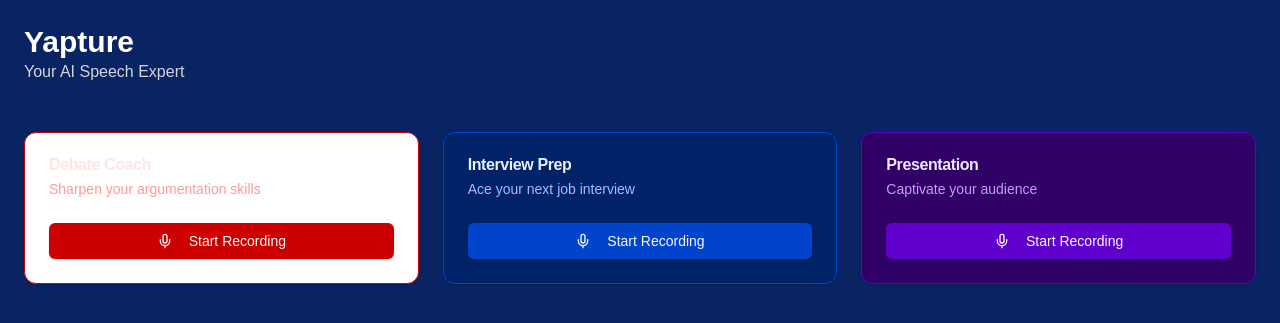
Repository: pghiasia/elevenlabs-hackathon
Page: /
An editor plug-in stored every save of this project. The page is shown before and after the next save, followed by the edit.
The browser window is 1280 px wide. The pictures show the whole page.
The project was rebuilt for these pictures with package versions that can differ from the ones it lists, and the page was loaded fresh each time. The framework's server and built-in components were replaced by stand-ins that run in the browser. Also part of the build but not shown: next.config.ts.

Above is the page before, as saved 2024-11-09 16:58:13.

### src/app/page.tsx
import { Button } from "@/components/ui/button"
import { Card, CardContent, CardDescription, CardHeader, CardTitle } from "@/components/ui/card"
import Link from "next/link"
import { Mic } from "lucide-react"

const categories = [
  {
    name: "Debate Coach",
    color: "red",
    description: "Sharpen your argumentation skills",
    bgColor: "#d8315b",
    borderColor: "border-red-700",
    textColor: "text-red-100",
    descColor: "text-red-300",
    buttonBg: "bg-red-700 hover:bg-red-600"
  },
  {
    name: "Interview Prep",
    color: "blue",
    description: "Ace your next job interview",
    bgColor: "bg-blue-900",
    borderColor: "border-blue-700",
    textColor: "text-blue-100",
    descColor: "text-blue-300",
    buttonBg: "bg-blue-700 hover:bg-blue-600"
  },
  {
    name: "Presentation",
    color: "purple",
    description: "Captivate your audience",
    bgColor: "bg-purple-900",
    borderColor: "border-purple-700",
    textColor: "text-purple-100",
    descColor: "text-purple-300",
    buttonBg: "bg-purple-700 hover:bg-purple-600"
  },
]

export default function Home() {
  return (
    <div className="min-h-screen bg-[#0a2463] text-white">
      <header className="p-6 bg-[#0a2463]">
        <h1 className="text-3xl font-bold">Yapture</h1>
        <p className="text-gray-300">Your AI Speech Expert</p>
      </header>
      <main className="container mx-auto p-6">
        <div className="grid grid-cols-1 md:grid-cols-3 gap-6">
          {categories.map((category) => (
            <Card key={category.name} className={`${category.bgColor} ${category.borderColor}`}>
              <CardHeader>
                <CardTitle className={category.textColor}>{category.name}</CardTitle>
                <CardDescription className={category.descColor}>
                  {category.description}
                </CardDescription>
              </CardHeader>
              <CardContent>
                <Link href={`/${category.name.toLowerCase().replace(" ", "-")}`}>
                  <Button className={`w-full ${category.buttonBg}`}>
                    <Mic className="mr-2 h-4 w-4" />
                    Start Recording
                  </Button>
                </Link>
              </CardContent>
            </Card>
          ))}
        </div>
      </main>
    </div>
  )
}

### src/components/ui/button.tsx
import * as React from "react"
import { Slot } from "@radix-ui/react-slot"
import { cva, type VariantProps } from "class-variance-authority"

import { cn } from "@/lib/utils"

const buttonVariants = cva(
  "inline-flex items-center justify-center gap-2 whitespace-nowrap rounded-md text-sm font-medium transition-colors focus-visible:outline-none focus-visible:ring-1 focus-visible:ring-neutral-950 disabled:pointer-events-none disabled:opacity-50 [&_svg]:pointer-events-none [&_svg]:size-4 [&_svg]:shrink-0 dark:focus-visible:ring-neutral-300",
  {
    variants: {
      variant: {
        default:
          "bg-neutral-900 text-neutral-50 shadow hover:bg-neutral-900/90 dark:bg-neutral-50 dark:text-neutral-900 dark:hover:bg-neutral-50/90",
        destructive:
          "bg-red-500 text-neutral-50 shadow-sm hover:bg-red-500/90 dark:bg-red-900 dark:text-neutral-50 dark:hover:bg-red-900/90",
        outline:
          "border border-neutral-200 bg-white shadow-sm hover:bg-neutral-100 hover:text-neutral-900 dark:border-neutral-800 dark:bg-neutral-950 dark:hover:bg-neutral-800 dark:hover:text-neutral-50",
        secondary:
          "bg-neutral-100 text-neutral-900 shadow-sm hover:bg-neutral-100/80 dark:bg-neutral-800 dark:text-neutral-50 dark:hover:bg-neutral-800/80",
        ghost: "hover:bg-neutral-100 hover:text-neutral-900 dark:hover:bg-neutral-800 dark:hover:text-neutral-50",
        link: "text-neutral-900 underline-offset-4 hover:underline dark:text-neutral-50",
      },
      size: {
        default: "h-9 px-4 py-2",
        sm: "h-8 rounded-md px-3 text-xs",
        lg: "h-10 rounded-md px-8",
        icon: "h-9 w-9",
      },
    },
    defaultVariants: {
      variant: "default",
      size: "default",
    },
  }
)

export interface ButtonProps
  extends React.ButtonHTMLAttributes<HTMLButtonElement>,
    VariantProps<typeof buttonVariants> {
  asChild?: boolean
}

const Button = React.forwardRef<HTMLButtonElement, ButtonProps>(
  ({ className, variant, size, asChild = false, ...props }, ref) => {
    const Comp = asChild ? Slot : "button"
    return (
      <Comp
        className={cn(buttonVariants({ variant, size, className }))}
        ref={ref}
        {...props}
      />
    )
  }
)
Button.displayName = "Button"

export { Button, buttonVariants }

### src/components/ui/card.tsx
import * as React from "react"

import { cn } from "@/lib/utils"

const Card = React.forwardRef<
  HTMLDivElement,
  React.HTMLAttributes<HTMLDivElement>
>(({ className, ...props }, ref) => (
  <div
    ref={ref}
    className={cn(
      "rounded-xl border border-neutral-200 bg-white text-neutral-950 shadow dark:border-neutral-800 dark:bg-neutral-950 dark:text-neutral-50",
      className
    )}
    {...props}
  />
))
Card.displayName = "Card"

const CardHeader = React.forwardRef<
  HTMLDivElement,
  React.HTMLAttributes<HTMLDivElement>
>(({ className, ...props }, ref) => (
  <div
    ref={ref}
    className={cn("flex flex-col space-y-1.5 p-6", className)}
    {...props}
  />
))
CardHeader.displayName = "CardHeader"

const CardTitle = React.forwardRef<
  HTMLDivElement,
  React.HTMLAttributes<HTMLDivElement>
>(({ className, ...props }, ref) => (
  <div
    ref={ref}
    className={cn("font-semibold leading-none tracking-tight", className)}
    {...props}
  />
))
CardTitle.displayName = "CardTitle"

const CardDescription = React.forwardRef<
  HTMLDivElement,
  React.HTMLAttributes<HTMLDivElement>
>(({ className, ...props }, ref) => (
  <div
    ref={ref}
    className={cn("text-sm text-neutral-500 dark:text-neutral-400", className)}
    {...props}
  />
))
CardDescription.displayName = "CardDescription"

const CardContent = React.forwardRef<
  HTMLDivElement,
  React.HTMLAttributes<HTMLDivElement>
>(({ className, ...props }, ref) => (
  <div ref={ref} className={cn("p-6 pt-0", className)} {...props} />
))
CardContent.displayName = "CardContent"

const CardFooter = React.forwardRef<
  HTMLDivElement,
  React.HTMLAttributes<HTMLDivElement>
>(({ className, ...props }, ref) => (
  <div
    ref={ref}
    className={cn("flex items-center p-6 pt-0", className)}
    {...props}
  />
))
CardFooter.displayName = "CardFooter"

export { Card, CardHeader, CardFooter, CardTitle, CardDescription, CardContent }

### tailwind.config.ts
/** @type {import('tailwindcss').Config} */
module.exports = {
	darkMode: ["class"],
	content: [
	  './pages/**/*.{ts,tsx}',
	  './components/**/*.{ts,tsx}',
	  './app/**/*.{ts,tsx}',
	  './src/**/*.{ts,tsx}',
	  ],
	theme: {
	  container: {
		center: true,
		padding: "2rem",
		screens: {
		  "2xl": "1400px",
		},
	  },
	  extend: {
		colors: {
		  red: {
			100: "#FFE6E6",
			300: "#FF9999",
			500: "#FF3333",
			600: "#FF0000",
			700: "#CC0000",
			800: "#990000",
			900: "#660000",
		  },
		  blue: {
			100: "#E6F0FF",
			300: "#99C2FF",
			500: "#3377FF",
			600: "#0055FF",
			700: "#0044CC",
			800: "#003399",
			900: "#002266",
		  },
		  purple: {
			100: "#F3E6FF",
			300: "#CC99FF",
			500: "#9933FF",
			600: "#7700FF",
			700: "#5F00CC",
			800: "#470099",
			900: "#2F0066",
		  },
		},
		keyframes: {
		  "accordion-down": {
			from: { height: 0 },
			to: { height: "var(--radix-accordion-content-height)" },
		  },
		  "accordion-up": {
			from: { height: "var(--radix-accordion-content-height)" },
			to: { height: 0 },
		  },
		},
		animation: {
		  "accordion-down": "accordion-down 0.2s ease-out",
		  "accordion-up": "accordion-up 0.2s ease-out",
		},
	  },
	},
	plugins: [require("tailwindcss-animate")],
  }

Loaded but not shown: src/app/layout.tsx (common file); src/app/globals.css (common file); src/lib/utils.ts (common file)

After the next save:
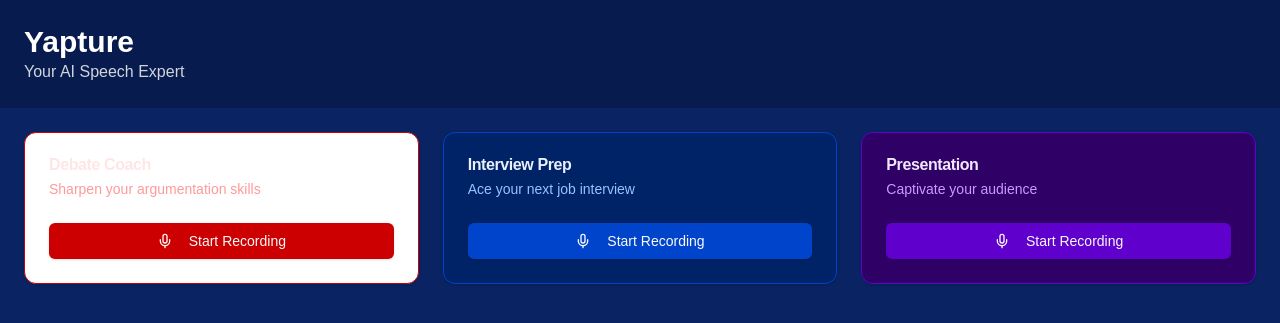
Saved 27 s later.
--- a/src/app/page.tsx
+++ b/src/app/page.tsx
@@ -39,7 +39,7 @@ const categories = [
 export default function Home() {
   return (
     <div className="min-h-screen bg-[#0a2463] text-white">
-      <header className="p-6 bg-[#0a2463]">
+      <header className="p-6 bg-[#081b4f]">
         <h1 className="text-3xl font-bold">Yapture</h1>
         <p className="text-gray-300">Your AI Speech Expert</p>
       </header>
